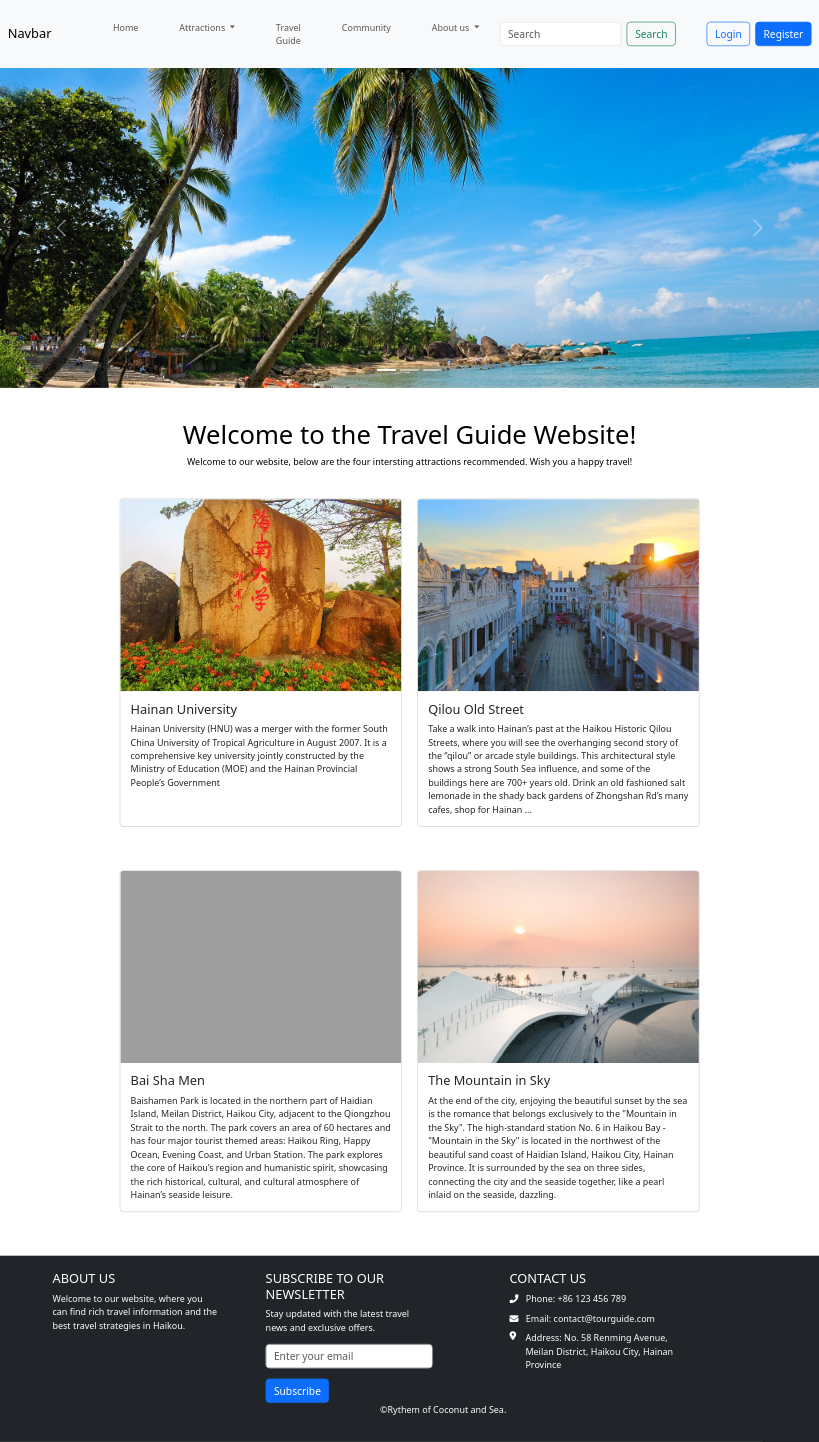
Repository: NIIT-RG6/web-project
Page: /
These files come from the project's save history. The page is drawn as it stood at one moment and after the next save; the edit follows.
The browser window is 1280 px wide. The pictures show the whole page, at 64% of full size.
Pictures or frames that could not be fetched are drawn as grey boxes. The project was rebuilt for these pictures with package versions that can differ from the ones it lists, and the page was loaded fresh each time. Also part of the build but not shown: vue.config.js, src/views/College.vue, src/views/Foods.vue, src/views/Park.vue, src/views/Sky.vue, src/views/Street.vue, src/views/StrategyHome.vue, src/views/StrategyBlog.vue and 6 more. Imported but missing from the stored project, and not drawn on this page: src/assets/js/vuetify.js.

Above is the page before, as saved 2024-10-25 03:56:26.

After the next save:
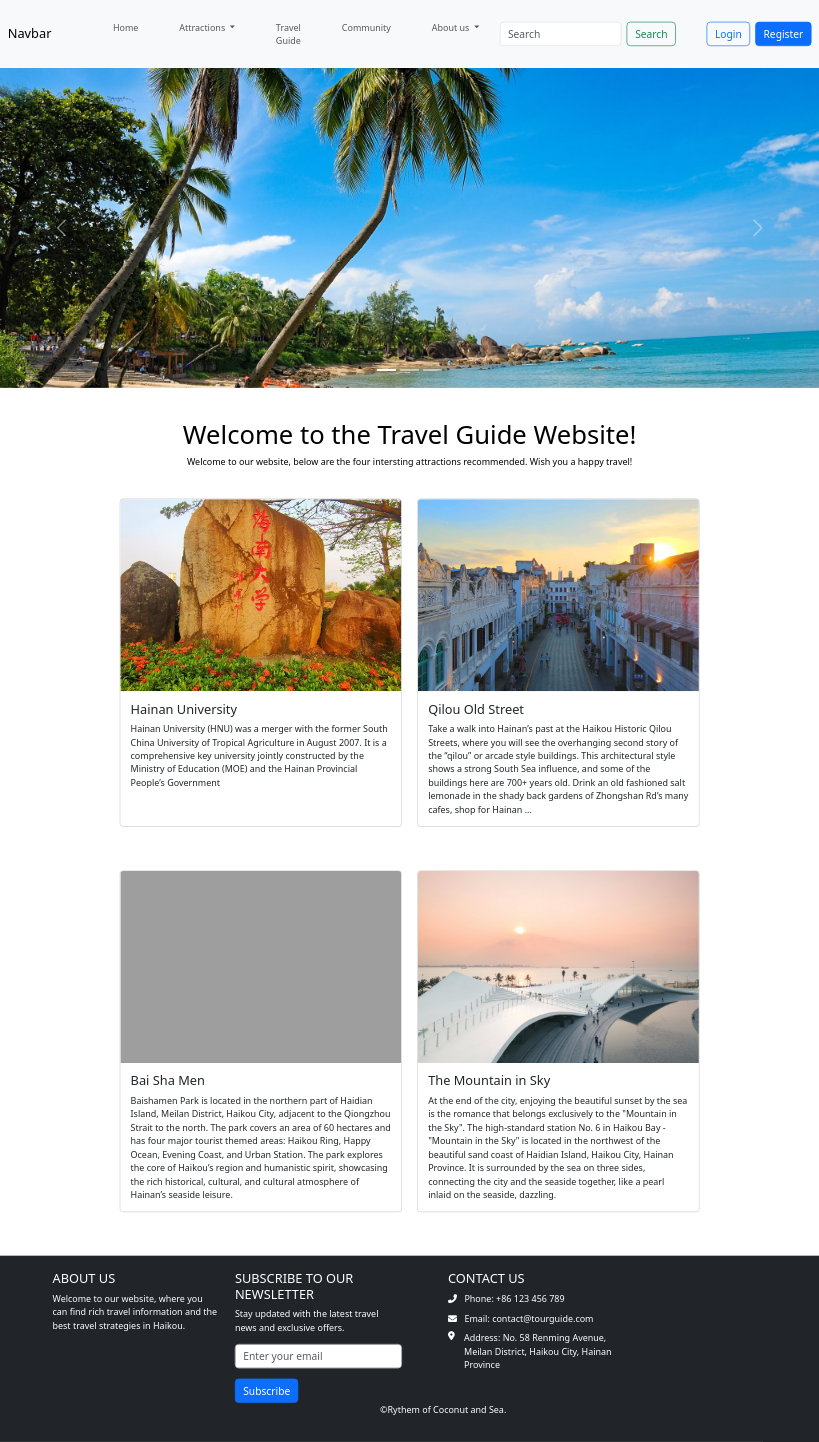
Saved 11 s later.
--- a/src/components/AppFooter.vue
+++ b/src/components/AppFooter.vue
@@ -11,7 +11,7 @@
                 </div>
 
                 <!-- NEWSLETTER SIGNUP -->
-                <div class="col-md-3 mx-5">
+                <div class="col-md-3 offset-md-auto">
                     <h5>SUBSCRIBE TO OUR NEWSLETTER</h5>
                     <p>Stay updated with the latest travel news and exclusive offers.</p>
                     <form>
